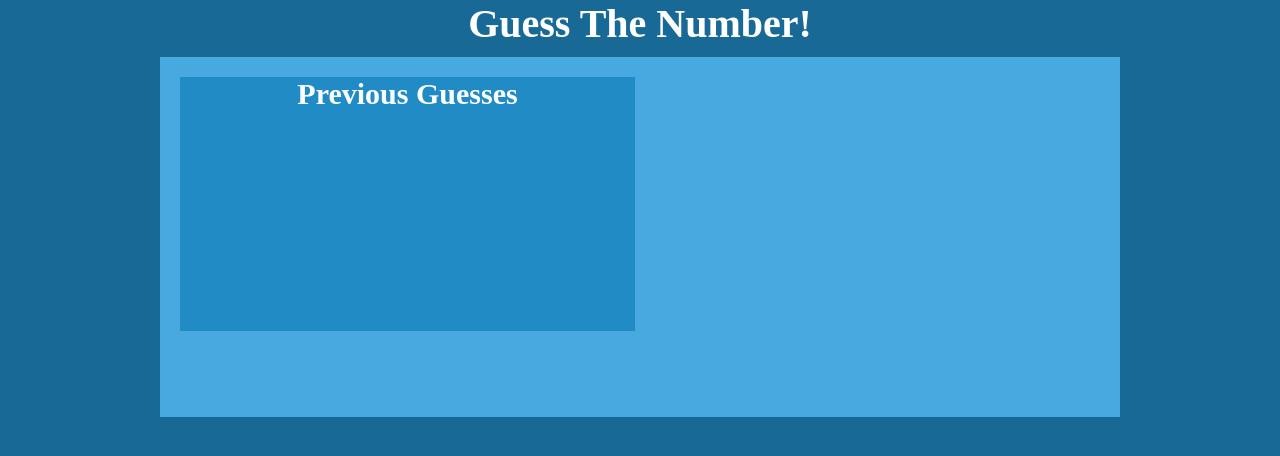
Repository: mlmEFSC21/P14-Guessing-Game
Page: guess.html
These files come from the project's save history. The page is drawn as it stood at one moment and after the next save; the edit follows.
The browser window is 1280 px wide. The pictures show the whole page.

Above is the page before, as saved 2022-03-19 14:24:03.

After the next save:
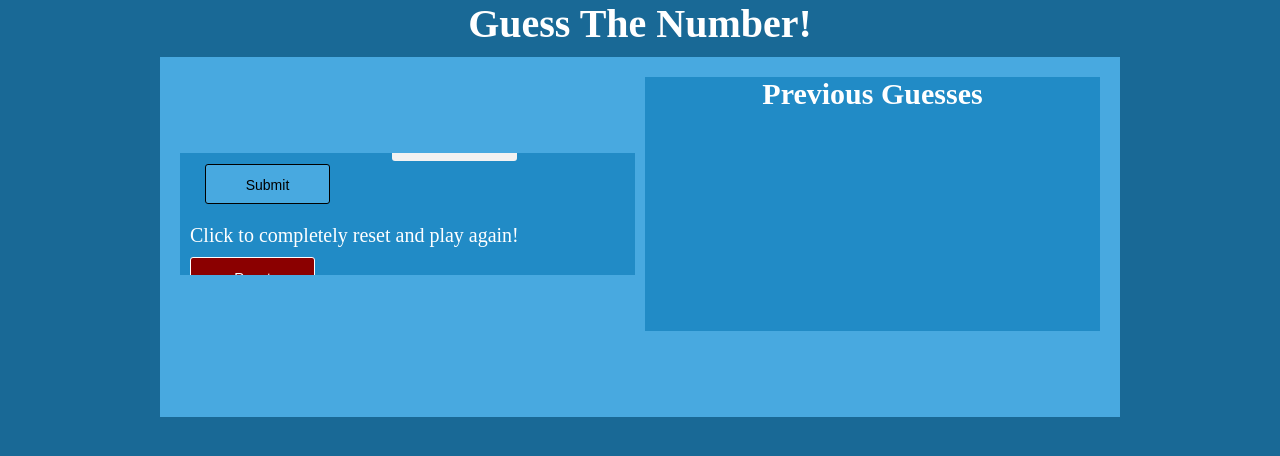
Saved 7 s later.
--- a/guess.css
+++ b/guess.css
@@ -97,6 +97,6 @@ button {
     flex-direction: column;
     height: 100%;
     grid-row: 1 / 5;
-    grid-column: 1 / 3;
+    grid-column: 3 / 5;
     align-items: center;
 }
